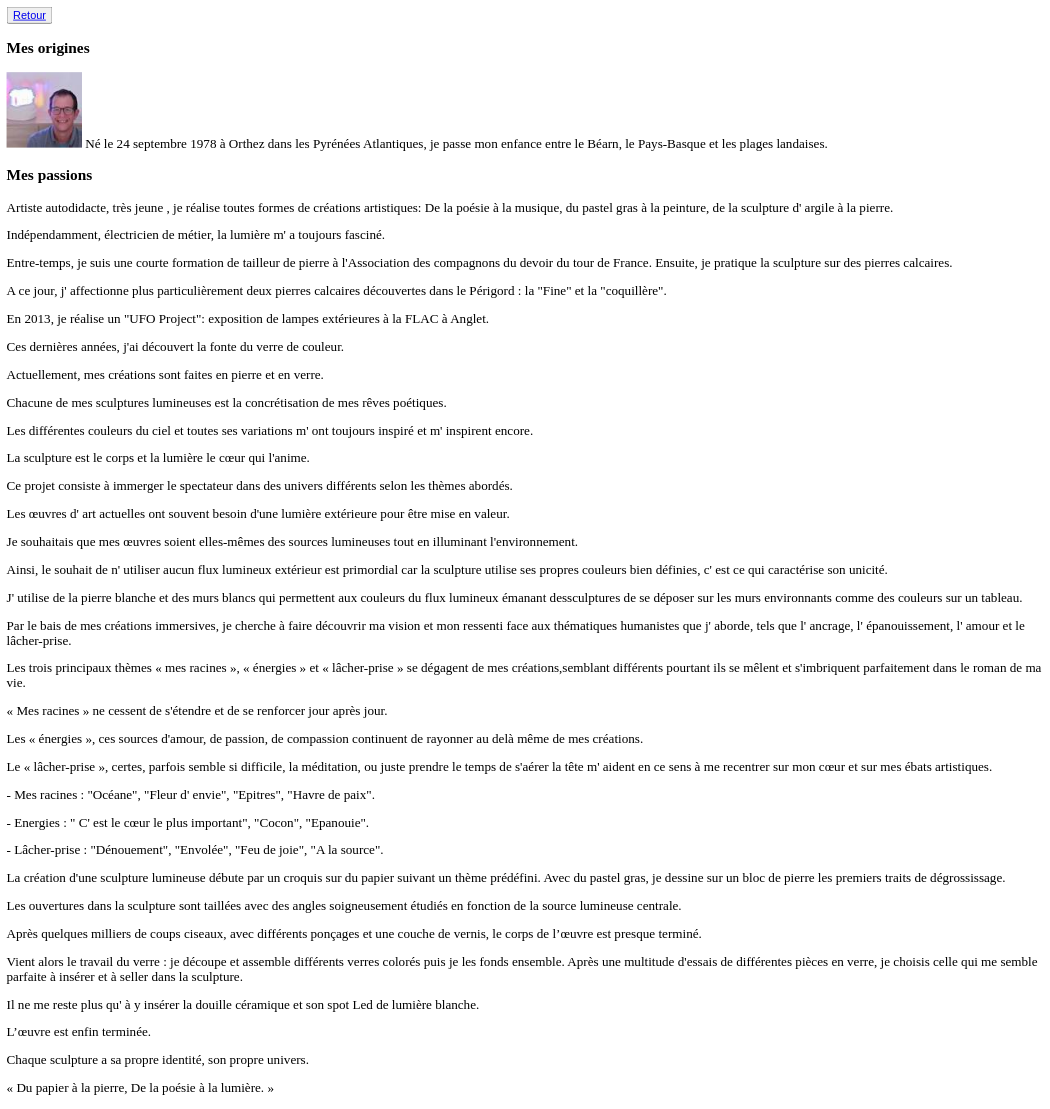
Repository: lysianebo/EricBidart
Page: presentation_more.html
These files come from the project's save history. The page is drawn as it stood at one moment and after the next save; the edit follows.
The browser window is 1280 px wide. The pictures show the whole page, at 82% of full size.

Above is the page before, as saved 2023-10-29 10:31:16.

After the next save:
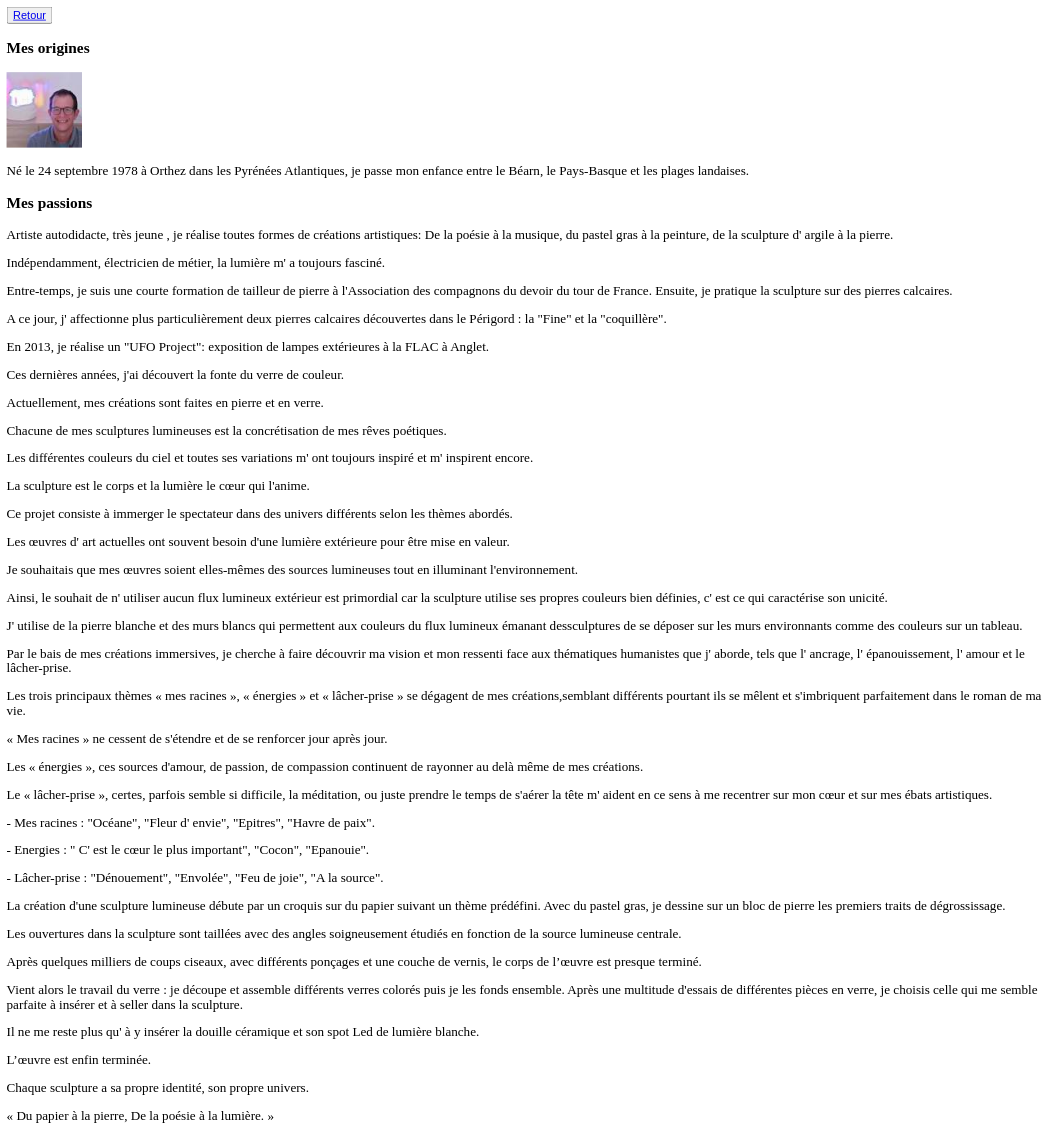
Saved 12 s later.
--- a/presentation_more.html
+++ b/presentation_more.html
@@ -11,7 +11,7 @@
     <button class="back-button"><a href="presentation.html">Retour</a></button>
     <div id="presentation" class="content" >
         <h3>Mes origines</h3>
-       <img src="public/images/happy_moi.jpeg" alt=""> Né le 24 septembre 1978 à Orthez dans les Pyrénées Atlantiques, je passe mon enfance entre le Béarn, le Pays-Basque et les plages landaises.</p>
+       <img src="public/images/happy_moi.jpeg" alt=""><p> Né le 24 septembre 1978 à Orthez dans les Pyrénées Atlantiques, je passe mon enfance entre le Béarn, le Pays-Basque et les plages landaises.</p>
         <h3>Mes passions</h3>
         <p> Artiste autodidacte, très jeune , je réalise toutes formes de créations artistiques: De la poésie à la musique, du pastel gras à la peinture, de la sculpture d' argile à la pierre.</p>
         <p> Indépendamment, électricien de métier, la lumière m' a toujours fasciné.</p>
